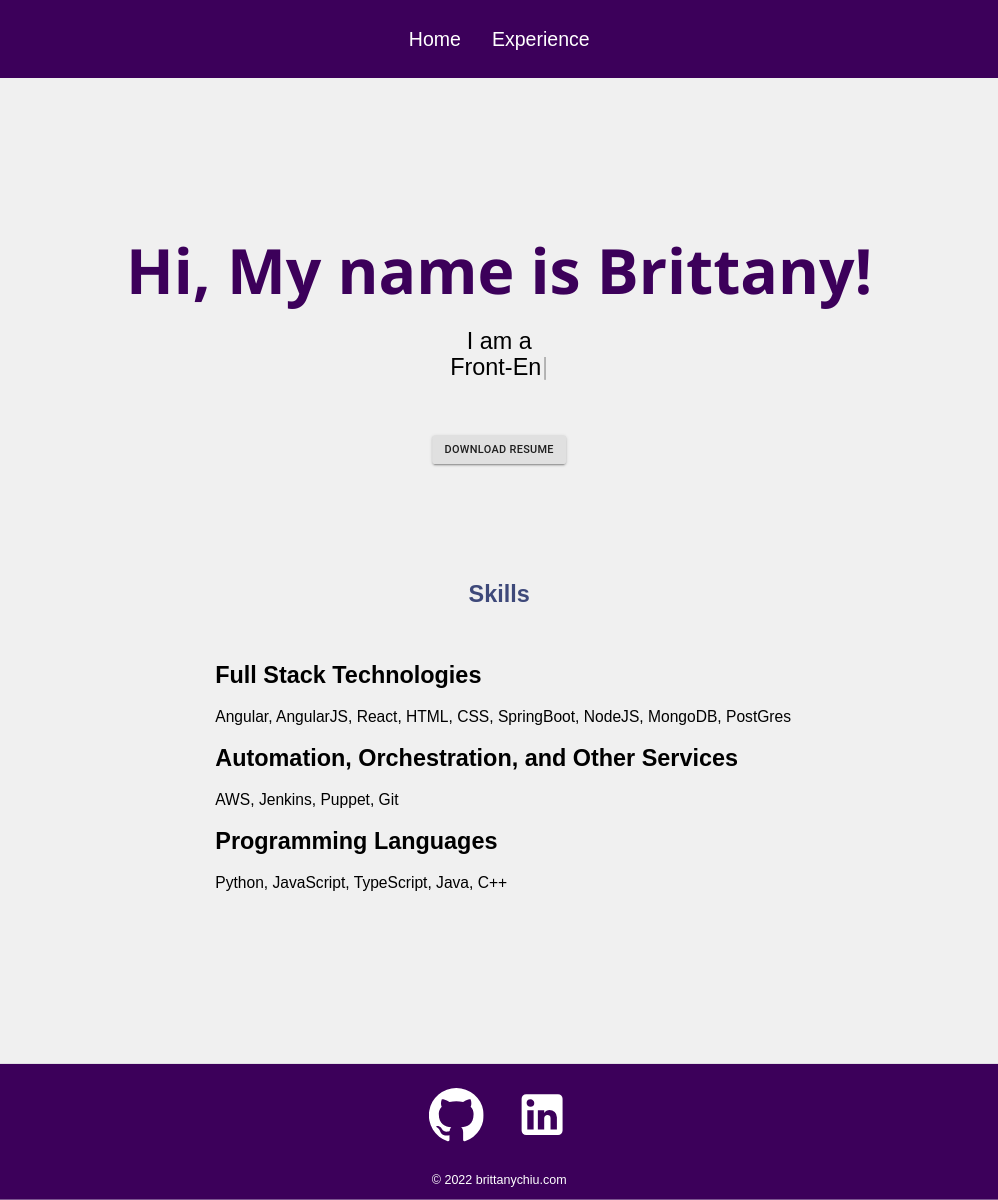
Repository: chiubacca94/chiufolio
Page: /
These files come from the project's save history. The page is drawn as it stood at one moment and after the next save; the edit follows.
The browser window is 1280 px wide. The pictures show the whole page, at 78% of full size.
The project was rebuilt for these pictures with package versions that can differ from the ones it lists, and the page was loaded fresh each time. Also part of the build but not shown: src/components/Projects/Projects.js, src/components/Experiences/Experiences.css, src/components/Experiences/Experiences.js.

Above is the page before, as saved 2022-07-04 23:52:22.

### public/index.html
<!DOCTYPE html>
<html lang="en">
  <head>
    <meta charset="utf-8" />
    <link rel="icon" href="%PUBLIC_URL%/favicon.ico" />
    <meta name="viewport" content="width=device-width, initial-scale=1" />
    <meta name="theme-color" content="#000000" />
    <meta
      name="description"
      content="Web site created using create-react-app"
    />
    <link rel="apple-touch-icon" href="%PUBLIC_URL%/logo192.png" />
    <!--
      manifest.json provides metadata used when your web app is installed on a
      user's mobile device or desktop. See https://developers.google.com/web/fundamentals/web-app-manifest/
    -->
    <link rel="manifest" href="%PUBLIC_URL%/manifest.json" />
    <!--
      Notice the use of %PUBLIC_URL% in the tags above.
      It will be replaced with the URL of the `public` folder during the build.
      Only files inside the `public` folder can be referenced from the HTML.

      Unlike "/favicon.ico" or "favicon.ico", "%PUBLIC_URL%/favicon.ico" will
      work correctly both with client-side routing and a non-root public URL.
      Learn how to configure a non-root public URL by running `npm run build`.
    -->
    <title>Brittany Chiu</title>
  </head>
  <body>
    <noscript>You need to enable JavaScript to run this app.</noscript>
    <div id="root"></div>
    <!--
      This HTML file is a template.
      If you open it directly in the browser, you will see an empty page.

      You can add webfonts, meta tags, or analytics to this file.
      The build step will place the bundled scripts into the <body> tag.

      To begin the development, run `npm start` or `yarn start`.
      To create a production bundle, use `npm run build` or `yarn build`.
    -->
  </body>
</html>

### src/App.js
import './App.css';
import { BrowserRouter as Router, Routes, Route } from 'react-router-dom';
import Navbar from './components/NavBar/Navbar';
import Home from './components/Home/Home';
import Projects from './components/Projects/Projects';
import Experiences from './components/Experiences/Experiences';
import Footer from './components/Footer/Footer';


function App() {
  return (
    <div className="App">
      <Router>
        <Navbar />
        <Routes>
          <Route path="/" element={ <Home /> }></Route>
          <Route path="/projects" element={ <Projects /> }></Route>
          <Route path="/experiences" element={ <Experiences /> }></Route>
        </Routes>
        <Footer />
      </Router>
    </div>
  );
}

export default App;

### src/App.css
.App {
  width: 100%;
  height: auto;
  display: flex;
  flex-direction: column;
  font-family: Arial, Helvetica, sans-serif;
  background-color: #f0f0f0;
}

body {
  padding: 0;
  margin: 0;
  height: 100%;
}

### src/components/NavBar/Navbar.js
import React, {useEffect, useState} from "react";
import { Link, useLocation } from "react-router-dom";
import ReorderIcon from '@material-ui/icons/Reorder';
import "./Navbar.css"

function Navbar() {
    // NavBr States
    const [ expandNavbar, setExpandNavbar ] = useState(false)
    const location = useLocation();

    // use when location changes and set navbar to false
    useEffect(() => {
        setExpandNavbar(false);
    }, [location])

    return (
        // id will change based on state
        <div className="navbar" id={expandNavbar ? "open" : "close"}>
            <div className="toggleButton">
                <button onClick={() => { setExpandNavbar((prev) => !prev) }}>
                    <ReorderIcon></ReorderIcon>
                </button>
            </div>
            <div className="links">
                <Link to="/"> Home </Link>
                {/* <Link to="/projects"> Projects </Link>  */}
                <Link to="/experiences"> Experience </Link>
            </div>
        </div>
    )
}

export default Navbar;

### src/components/Home/Home.js
import React from 'react'
import Button from '@material-ui/core/Button'
import Typewriter from 'typewriter-effect';
import './Home.css'

export default function Home() {
  return (
    <div className='home'>
        <section className='about'>
            <h2>Hi, My name is Brittany!</h2>
            <div className='prompt'> I am a
            <Typewriter
                options={{
                    strings: ['Front-End Developer', 'Back-End Developer', 'Full Stack Developer', 'Software Engineer'],
                    autoStart: true,
                    loop: true,
                }}
                />
            </div>
            <Button variant='contained' href="./BChiu_Resume.pdf" download="./BChiu_Resume.pdf">Download Resume</Button>

        </section>
        <section className='skills'>
            <h1>Skills</h1>
            <ol className='list'>
                <li className='item'>
                    <h2>Full Stack Technologies</h2>
                    <span>Angular, AngularJS, React, HTML, CSS, SpringBoot, NodeJS, MongoDB, PostGres</span>
                </li>
                <li className='item'>
                    <h2>Automation, Orchestration, and Other Services</h2>
                    <span>AWS, Jenkins, Puppet, Git</span>
                </li>
                <li className='item'>
                    <h2>Programming Languages</h2>
                    <span>Python, JavaScript, TypeScript, Java, C++</span>
                </li>
            </ol>
        </section>
    </div>
  )
}

### src/components/Footer/Footer.js
import React from 'react';
import GitHubIcon from '@material-ui/icons/GitHub';
import LinkedInIcon from '@material-ui/icons/LinkedIn';
import Link from '@material-ui/core/Link'
import './Footer.css'

export default function Footer() {
  return (
    <div className='footer'>
        <div className='socialMedia'>
            <Link href="https://github.com/brittanychiucode/" target="_blank" >
                    <GitHubIcon />
            </Link>
            {/* className={classes.link} */}
            <Link href="https://www.linkedin.com/in/brittanychiu/"  target="_blank" >
                <LinkedInIcon />
            </Link>
        </div>
        <p>&copy; 2022 brittanychiu.com</p>
    </div>
  )
}

### src/components/NavBar/Navbar.css
.navbar {
    width: 100%;
    height: 100px;
    background: #3c005a;
  }

  .links {
    width: 100%;
    height: 100%;
    display: flex;
    align-items: center;
    justify-content: center;
    color: white;
  }

  .navbar a {
    color: white;
    text-decoration: none;
    margin: 20px;
    font-size: 25px;
  }

  .toggleButton {
    width: 100%;
    height: 100px;
    display: flex;
    align-items: center;
    justify-content: flex-end;
  }

  .toggleButton svg {
    font-size: 50px;
  }
  .toggleButton button {
    margin-right: 20px;
    background-color: transparent;
    border: none;
    color: white;
    cursor: pointer;
  }

  #open {
    height: 100vh;
  }

  #open .links {
    flex-direction: column;
    justify-content: flex-start;
    margin-top: 100px;
  }

  #open a {
    width: 100%;
    text-align: center;
  }

  @media only screen and (max-width: 900px) {
    .navbar a {
      width: 70px;
    }
  }

  @media only screen and (max-width: 600px) {
    .toggleButton {
      display: flex;
    }
    #close a {
      display: none;
    }
  }

  @media only screen and (min-width: 600px) {
    .toggleButton {
      display: none;
    }

    .hiddenLinks {
      display: none;
    }

    #open {
      height: 100px;
    }

    #open .links {
      flex-direction: row;
    }
  }

### src/components/Home/Home.css
.home {
    width: 100%;
    align-items: center;
    font-family: "Arial", sans-serif;
    /* color: #3e497a; */
    color: white;
  }

  .about {
    width: 100%;
    height: calc(100vh - 100px);
    display: flex;
    flex-direction: column;
    justify-content: center;
    align-items: center;
    text-align: center;
    /* background-color: #21325e; */
    color: black;
  }

  .about h2 {
    font-family: "Segoe UI", Tahoma, Geneva, Verdana, sans-serif;
    font-size: 80px;
    color: #3c005a;
    min-height: 50px;
    margin-bottom: 10px;
  }

  .about .prompt {
    padding-top: 10px;
    width: 40%;
    font-size: 30px;
    margin-bottom: 70px;
  }
  .prompt svg {
    font-size: 60px;
    margin: 5px;
    color: white;
  }

  .skills {
    font-size: 20px;
    width: 100%;
    display: flex;
    justify-content: center;
    flex-direction: column;
    align-items: center;
    scroll-snap-type: y mandatory;
  }

  .skills section {
    scroll-snap-align: start;
}

  .skills h1 {
    color: #3e497a;
  }

  .skills .list {
    list-style: none;
    width: 60%;
    color: black;
  }

  .list span {
    font-size: 20px;
  }

  @media only screen and (max-width: 905px) {
    .about h2 {
      font-size: 60px;
    }

    .about .prompt {
      margin-top: 10px;
      font-size: 20px;
      width: 80%;
    }

    .skills {
      text-align: center;
    }
    .list {
      padding: 0;
    }

    .skills h2 {
      font-size: 30px;
    }
  }

  @media only screen and (max-width: 600px) {
    .about h2 {
      font-size: 40px;
    }

    .about .prompt {
      margin-top: 10px;
      font-size: 20px;
      width: 80%;
    }

    .skills {
      text-align: center;
    }
    .list {
      padding: 0;
    }

    .skills h2 {
      font-size: 30px;
    }
  }

### src/components/Footer/Footer.css
.footer {
    width: 100%;
    height: none;
    background: #3c005a;
    display: flex;
    justify-content: center;
    align-items: center;
    flex-direction: column;
    padding-top: 10px;
    margin-top: 200px;
    bottom: 0;
  }

  .socialMedia svg {
    color: white;
    margin: 20px;
    font-size: 70px;
    cursor: pointer;
  }

  .footer p {
    color: white;
  }

  @media only screen and (max-width: 600px) {
    .footer svg {
      font-size: 50px;
    }
  }

Loaded but not shown: src/index.js (common file); src/index.css (common file); src/reportWebVitals.js (common file)

After the next save:
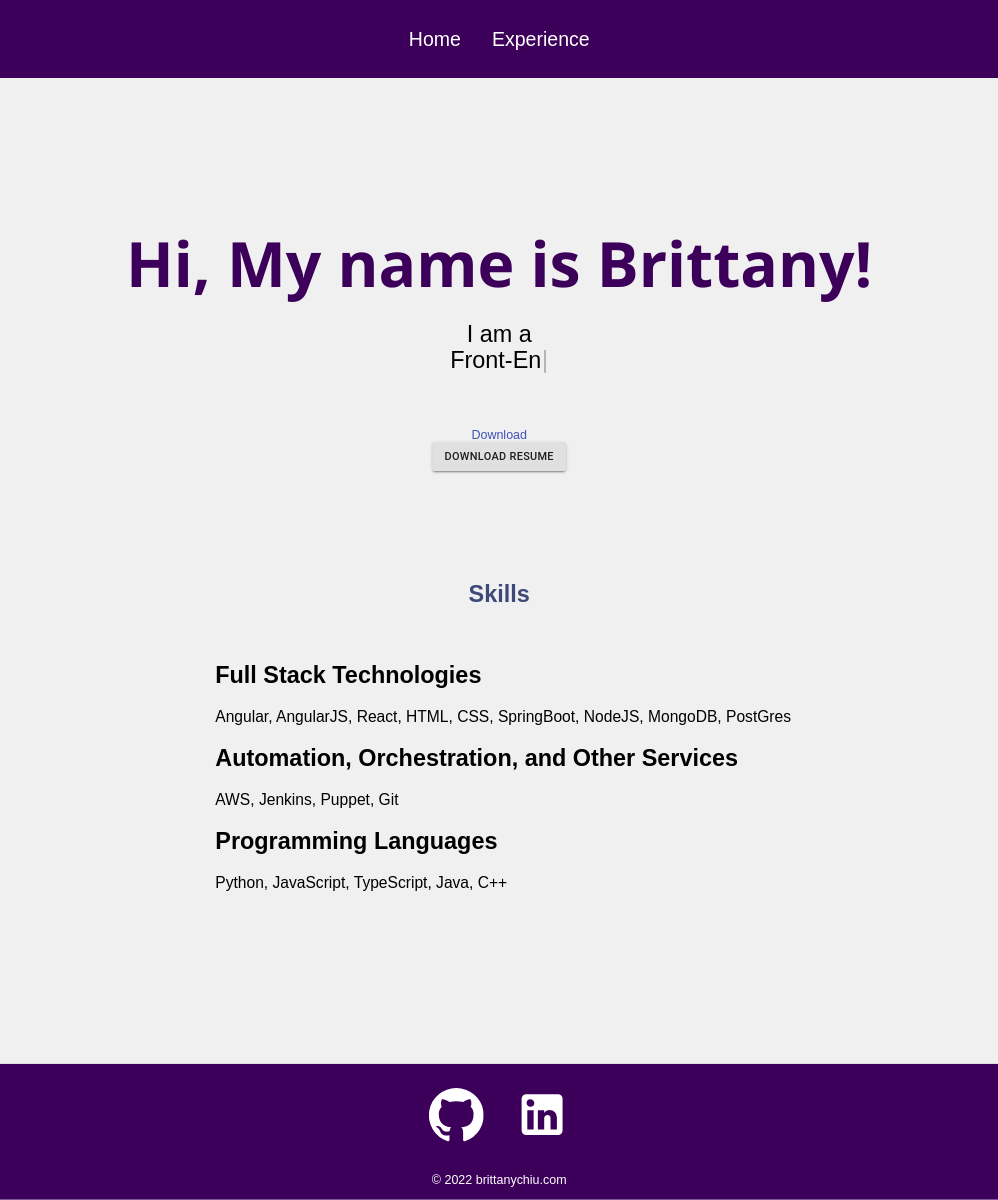
Saved 5 min 44 s later.
--- a/src/components/Home/Home.js
+++ b/src/components/Home/Home.js
@@ -1,6 +1,7 @@
 import React from 'react'
 import Button from '@material-ui/core/Button'
 import Typewriter from 'typewriter-effect';
+import Link from '@material-ui/core/Link';
 import './Home.css'
 
 export default function Home() {
@@ -17,6 +18,7 @@
                 }}
                 />
             </div>
+            <Link to="/files/myfile.pdf" target="_blank" download>Download</Link>
             <Button variant='contained' href="./BChiu_Resume.pdf" download="./BChiu_Resume.pdf">Download Resume</Button>
 
         </section>

After the save that followed:
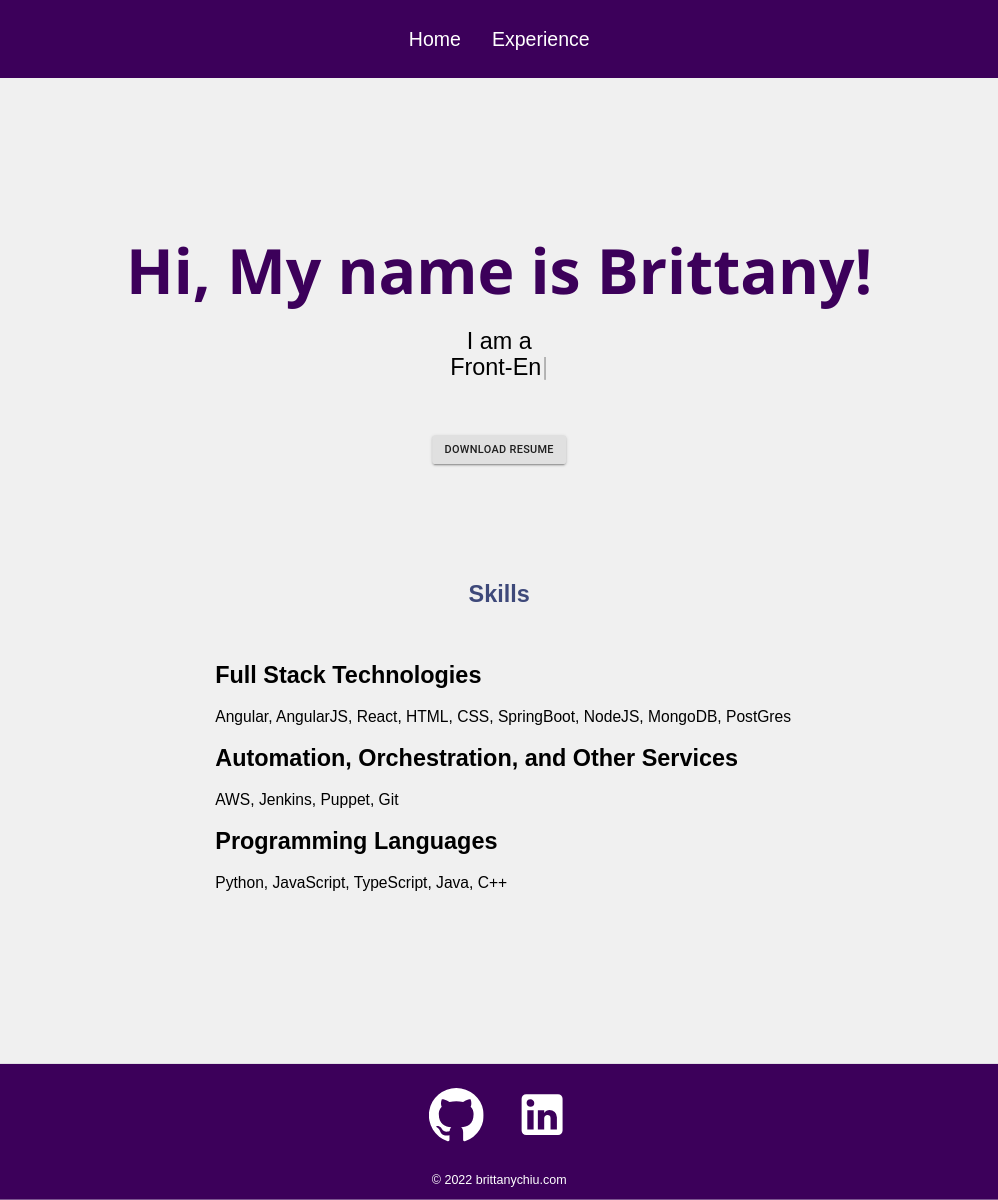
Saved 48 s later.
--- a/src/components/Home/Home.js
+++ b/src/components/Home/Home.js
@@ -18,8 +18,9 @@
                 }}
                 />
             </div>
-            <Link to="/files/myfile.pdf" target="_blank" download>Download</Link>
-            <Button variant='contained' href="./BChiu_Resume.pdf" download="./BChiu_Resume.pdf">Download Resume</Button>
+            <Link to="/files/BChiu_Resume.pdf" target="_blank" download>
+                <Button variant='contained'>Download Resume</Button>
+            </Link>
 
         </section>
         <section className='skills'>
